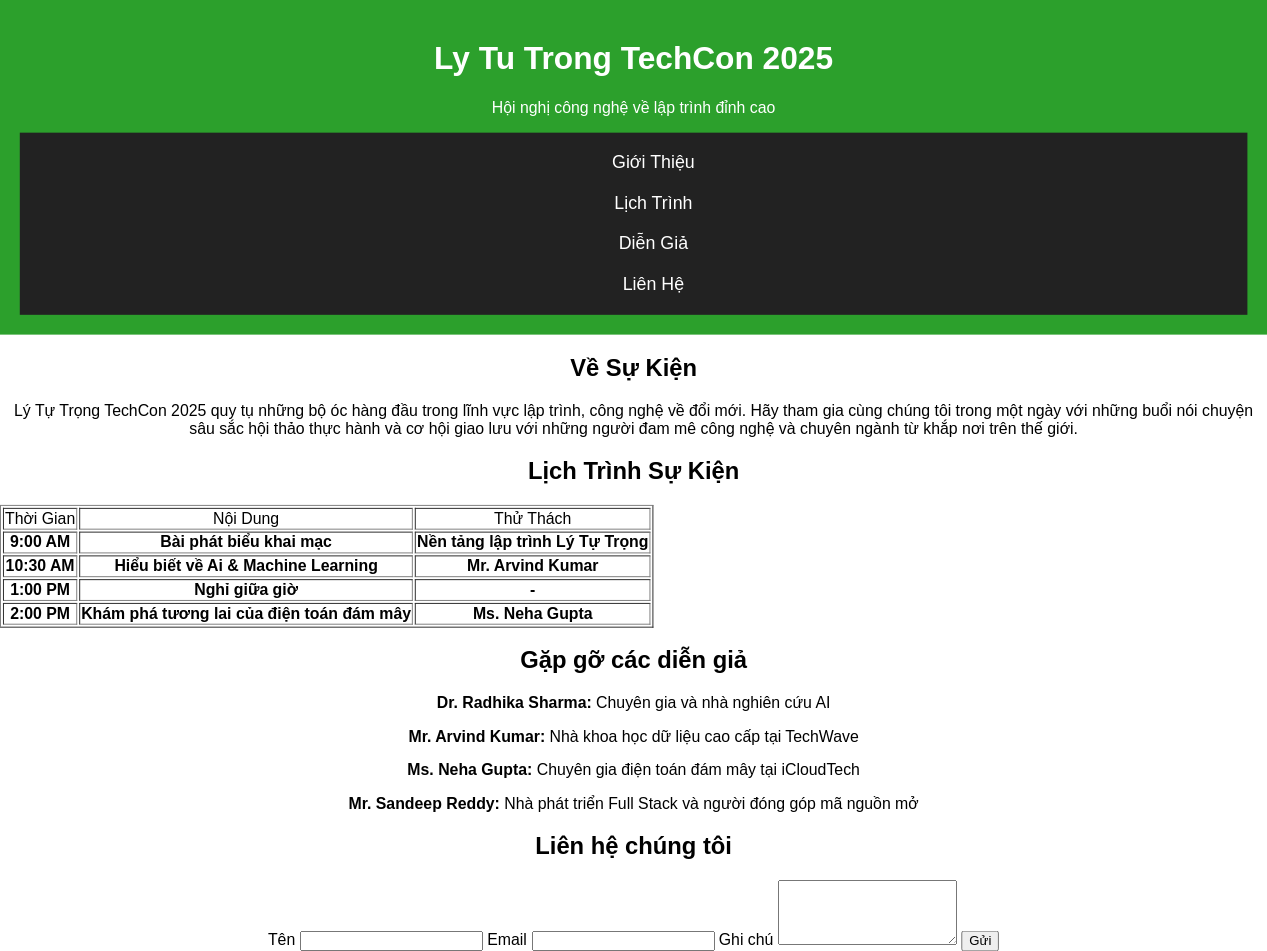
Repository: NhatMinh121/BaiTapVeNha1
Page: index.html
These files come from the project's save history. The page is drawn as it stood at one moment and after the next save; the edit follows.
The browser window is 1280 px wide. The pictures show the whole page, at 99% of full size.

Above is the page before, as saved 2025-03-28 22:49:59.

### index.html
<!DOCTYPE html>
<html lang="en">

<head>
    <meta charset="UTF-8">
    <meta name="viewport" content="width=device-width, initial-scale=1.0">
    <title>Lý Tự Trọng TechCon 2025</title>
    <link rel="stylesheet" href="style.css">
</head>

<body>
    <header>
        <h1>Ly Tu Trong TechCon 2025</h1>
        <p>Hội nghị công nghệ về lập trình đỉnh cao</p>
        <div class="menu">
            <nav>
                <ul>
                    <li>Giới Thiệu</li>
                    <li>Lịch Trình</li>
                    <li>Diễn Giả</li>
                    <li>Liên Hệ</li>
                </ul>
            </nav>
        </div>

    </header>
    <main>
        <div class="main-event">
            <h2>Về Sự Kiện</h2>
            <p>Lý Tự Trọng TechCon 2025 quy tụ những bộ óc hàng đầu trong lĩnh vực lập trình, công nghệ về đổi mới. Hãy tham gia cùng chúng tôi trong một ngày với những buổi nói chuyện sâu sắc hội thảo thực hành và cơ hội giao lưu với những người đam mê
                công nghệ và chuyên ngành từ khắp nơi trên thế giới.</p>
        </div>
        <div class="main-schedule">
            <h2>Lịch Trình Sự Kiện</h2>
            <table border="1">
                <tr>
                    <td>Thời Gian</td>
                    <td>Nội Dung</td>
                    <td>Thử Thách</td>
                </tr>
                <tr>
                    <th>9:00 AM</th>
                    <th>Bài phát biểu khai mạc</th>
                    <th>Nền tảng lập trình Lý Tự Trọng</th>
                </tr>
                <tr>
                    <th>10:30 AM</th>
                    <th>Hiểu biết về Ai & Machine Learning</th>
                    <th>Mr. Arvind Kumar</th>
                </tr>
                <tr>
                    <th>1:00 PM</th>
                    <th>Nghỉ giữa giờ</th>
                    <th>-</th>
                </tr>
                <tr>
                    <th>2:00 PM</th>
                    <th>Khám phá tương lai của điện toán đám mây</th>
                    <th>Ms. Neha Gupta</th>
                </tr>
            </table>
        </div>
        <div class="Meeting">
            <h2>Gặp gỡ các diễn giả</h2>
            <p><strong>Dr. Radhika Sharma:</strong> Chuyên gia và nhà nghiên cứu AI</p>
            <p><strong>Mr. Arvind Kumar:</strong> Nhà khoa học dữ liệu cao cấp tại TechWave</p>
            <p><strong>Ms. Neha Gupta:</strong> Chuyên gia điện toán đám mây tại iCloudTech</p>
            <p><strong>Mr. Sandeep Reddy:</strong> Nhà phát triển Full Stack và người đóng góp mã nguồn mở</p>
        </div>
    </main>

    <footer>
        <div class="footer-contract">
            <h2>Liên hệ chúng tôi</h2>
            <form action="#" method="post">
                <label for="name">Tên</label>
                <input type="text" id="name" name="name" required>
                <label for="email">Email</label>
                <input type="email" id="email" name="email" required>
                <label for="message">Ghi chú</label>
                <textarea id="message" name="message" rows="4" required></textarea>
                <button type="submit" value="Gửi">Gửi</button>
            </form>
        </div>

    </footer>

</body>

### style.css
body {
    margin: 0;
    padding: 0;
    box-sizing: border-box;
    font-family: Arial, sans-serif;
    text-align: center;
}

header {
    background-color: #2ca02c;
    color: white;
    padding: 20px;
    text-align: center;
}

.menu {
    background-color: #222;
    padding: 10px 0;
}

.menu ul {
    list-style: none;
    display: flex;
    display: inline-block;
    margin: 0 15px;
}

.menu ul li {
    color: white;
    font-size: 18px;
    cursor: pointer;
    padding: 10px 15px;
    transition: background 0.3s;
}

.menu ul li:hover {
    background-color: #444;
    border-radius: 5px;
}

After the next save:
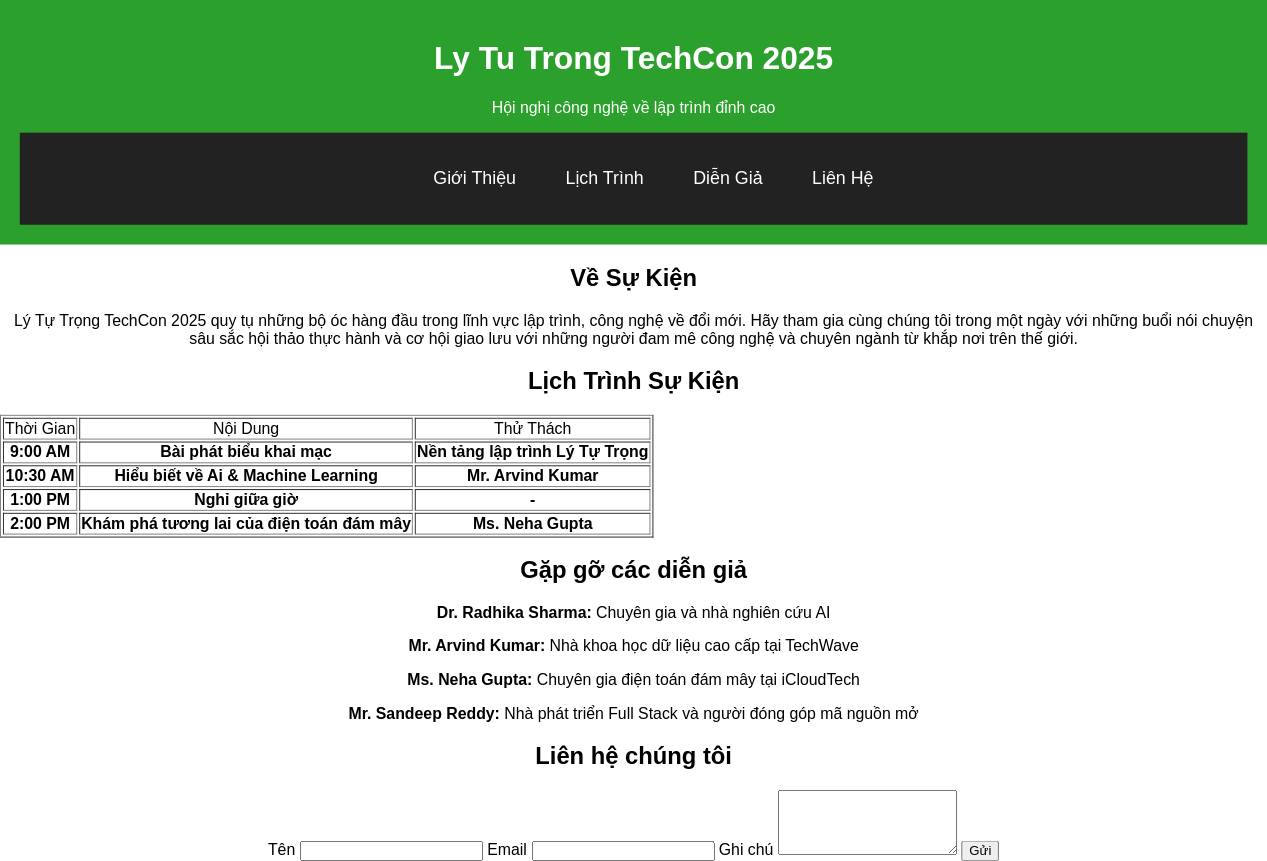
Saved 25 s later.
--- a/style.css
+++ b/style.css
@@ -21,8 +21,8 @@ header {
 .menu ul {
     list-style: none;
     display: flex;
-    display: inline-block;
-    margin: 0 15px;
+    justify-content: center;
+    gap: 20px;
 }
 
 .menu ul li {
